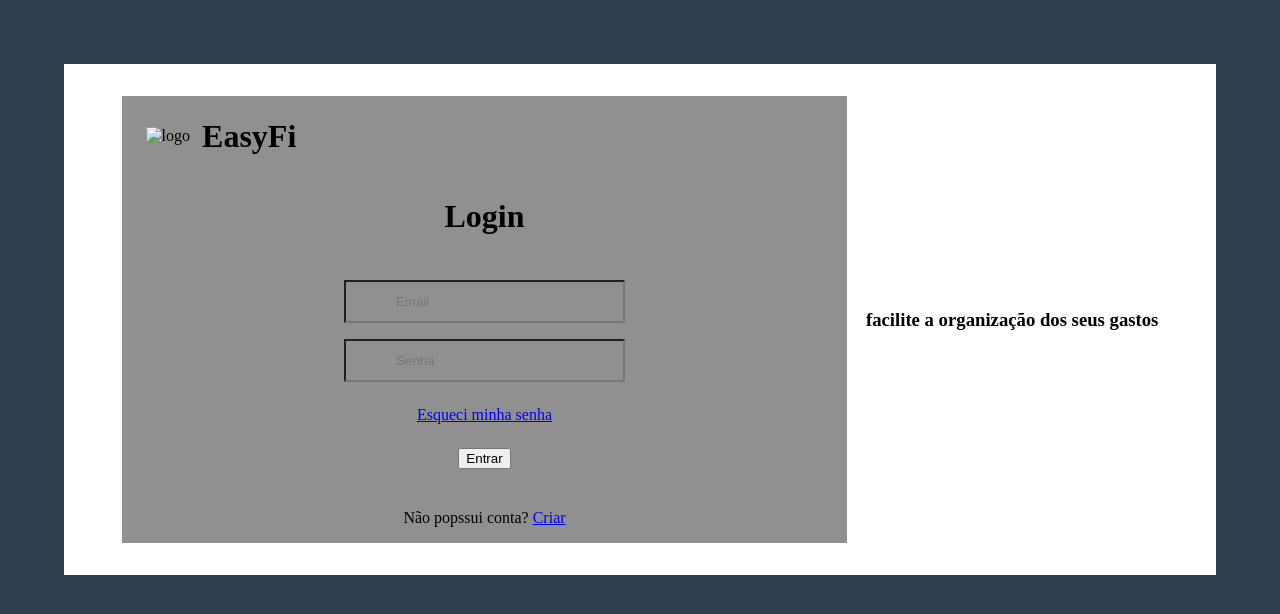
Repository: Ingridiag/projeto-engenharia
Page: login.html
The author's editor kept a copy of each file at every save. The page is drawn from the files as they stood at one save, then again after a run of saves.
The browser window is 1280 px wide. The pictures show the whole page.

Above is the page before, as saved 2024-10-28 15:34:22.

After the next 8 saves:
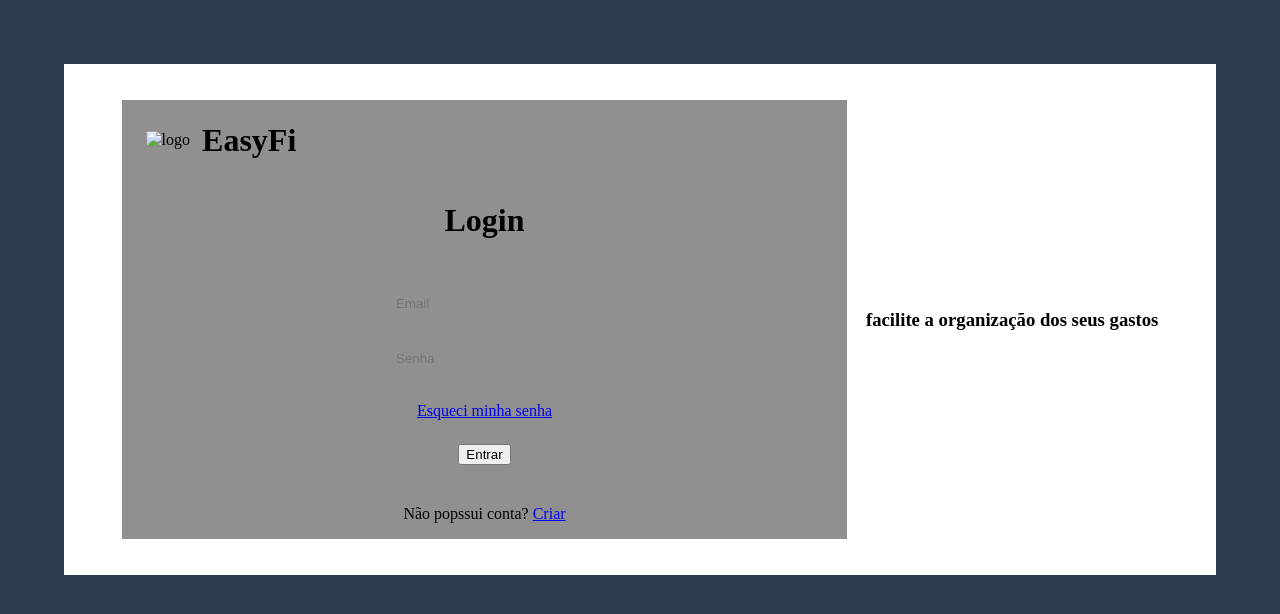
The 8 saves are shown as one change because they came seconds apart.
The last was saved 26 s later.
--- a/style.css
+++ b/style.css
@@ -47,7 +47,8 @@ body {
 }.formulario form input{
    padding: 12px 50px;
    background:none;
-   border: ;
+   border: none;
+   border-bottom: ;
 
 }
 
